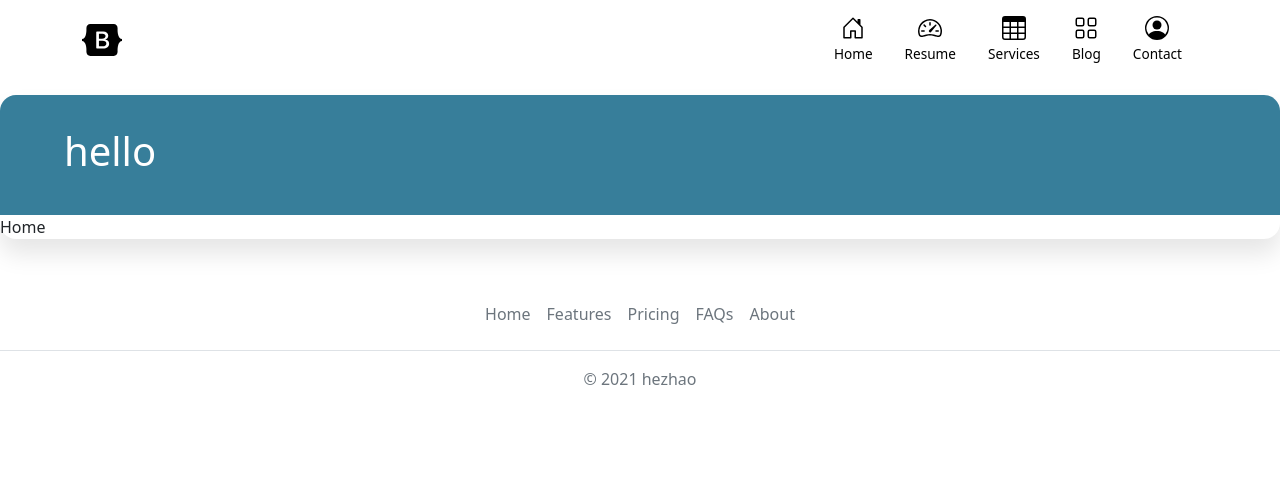
Repository: HeZhao-hugh/personal-web
Page: index.html
An editor plug-in stored every save of this project. The page is shown before and after the next save, followed by the edit.
The browser window is 1280 px wide. The pictures show the whole page.

Above is the page before, as saved 2022-01-19 17:58:55.

After the next save:
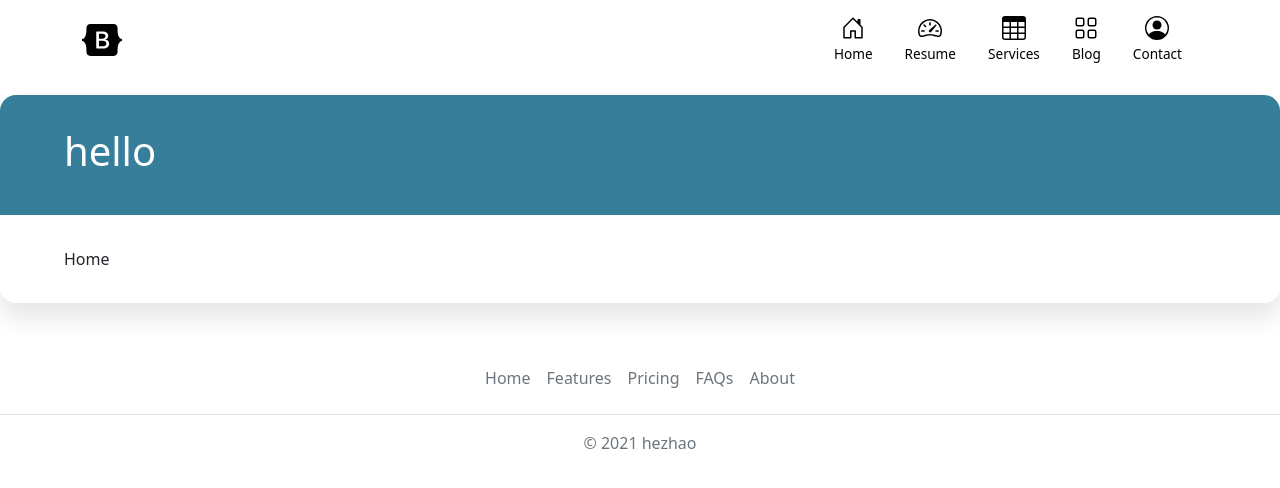
Saved 14 s later.
--- a/style.css
+++ b/style.css
@@ -56,3 +56,9 @@
     border-top-left-radius: 16px;
     border-top-right-radius: 16px;
   }
+  .page_content {
+    padding: 32px 64px;
+    background-color: white;
+    border-bottom-left-radius: 16px;
+    border-bottom-right-radius: 16px;
+  }
